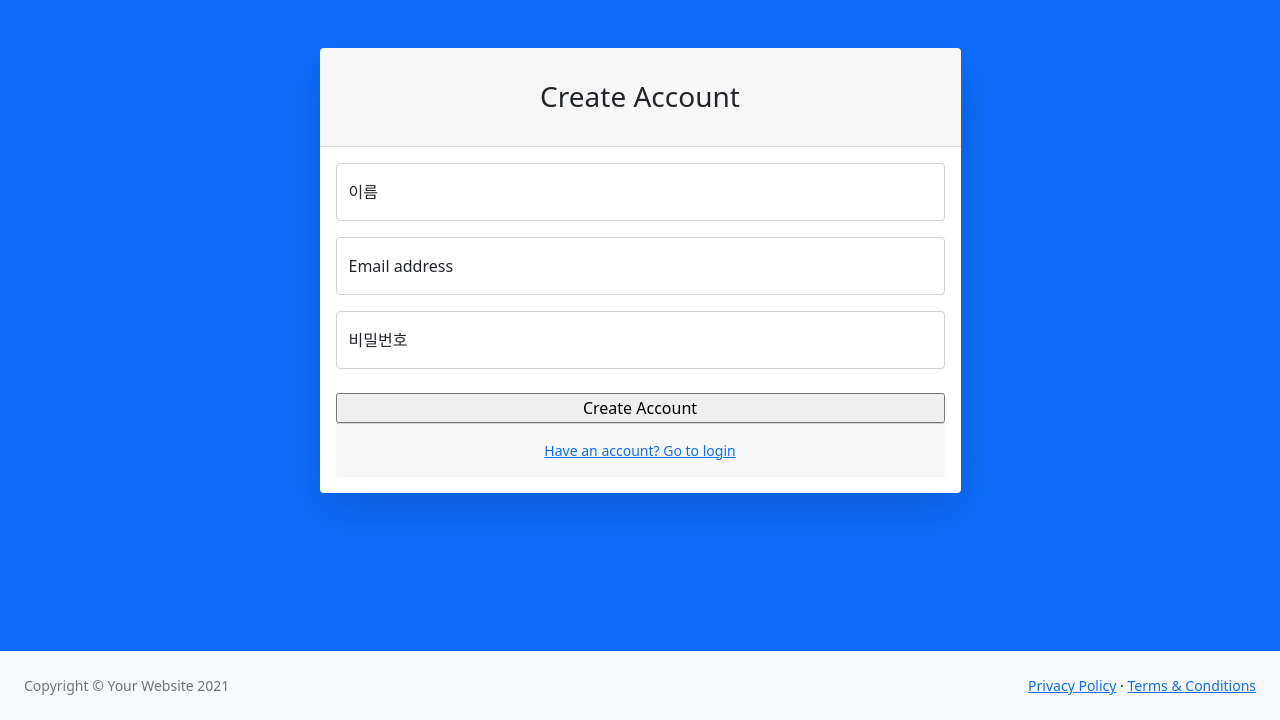
Repository: teq21/SDBSTOCK
Page: http://localhost/sdbstock/WEB-INF/view/user/register.jsp
The author's editor kept a copy of each file at every save. The page is drawn from the files as they stood at one save, then again after the next save.
The browser window is 1280 px wide. The pictures show the whole page.
The page is served by Tomcat 9. Nobody is signed in. Other server files are loaded and not shown. The template is opened directly, without the code that normally fills it, so the values that code supplies are empty.

Above is the page before, as saved 2021-06-15 11:17:05.

### sdbstock/WebContent/WEB-INF/view/user/register.jsp
<%@ page language="java" contentType="text/html; charset=UTF-8"
    pageEncoding="UTF-8"%>
<!DOCTYPE html>
<html>
  <head>
        <meta charset="utf-8" />
        <meta http-equiv="X-UA-Compatible" content="IE=edge" />
        <meta name="viewport" content="width=device-width, initial-scale=1, shrink-to-fit=no" />
        <meta name="description" content="" />
        <meta name="author" content="" />
        <title>Register - SB Admin</title>
        <link href="/css/styles.css" rel="stylesheet" />
        <script  src="http://code.jquery.com/jquery-latest.min.js"></script>
        <script src="https://cdnjs.cloudflare.com/ajax/libs/font-awesome/5.15.3/js/all.min.js" crossorigin="anonymous"></script>
        <script type="text/javascript">
        function doRegUserCheck() {

    		var user_name = document.getElementById('user_name');
    		var password = document.getElementById('password');
    		var password = document.getElementById('email');
    		if (email.value == "") {
    			alert("이메일을 입력 하십시오.");
    			email.focus();
    			return false;
    		}

    		if (user_name.value == "") {
    			alert("이름을 입력 하십시오.");
    			user_name.focus();
    			return false;
    		}
    		if (password.value == "") {
    			alert("비밀번호를 입력 하십시오.");
    			password.focus();
    			return false;
    		}

    		if (email.value != "" && user_name.value != "" && password.value != "" ) {
    			var registerForm = document.registerForm;
    			registerForm.submit();
    		}
    	}





        </script>
    </head>
    <body class="bg-primary">
        <div id="layoutAuthentication">
            <div id="layoutAuthentication_content">
                <main>
                    <div class="container">
                        <div class="row justify-content-center">
                            <div class="col-lg-7">
                                <div class="card shadow-lg border-0 rounded-lg mt-5">
                                    <div class="card-header"><h3 class="text-center font-weight-light my-4">Create Account</h3></div>
                                    <div class="card-body">
                                        <form name="registerForm" action="/register_logic.do" method="post">
                                            <div class="row mb-3">
                                                <div class="col-md-12">
                                                    <div class="form-floating mb-3 mb-md-0">
                                                        <input class="form-control" id="inputFirstName" name="user_name" type="text" placeholder="이름을 입력하세요" />
                                                        <label for="inputFirstName">이름</label>
                                                    </div>
                                                </div>

                                            </div>
                                            <div class="form-floating mb-3">
                                                <input class="form-control" name="email" id="inputEmail" type="email" placeholder="이메일을 입력하세요" />
                                                <label for="inputEmail">Email address</label>
                                            </div>
                                            <div class="row mb-3">
                                                <div class="col-md-12">
                                                    <div class="form-floating mb-3 mb-md-0">
                                                        <input class="form-control" name="password" id="inputPassword" type="password" placeholder="비밀번호를 입력하세요" />
                                                        <label for="inputPassword">비밀번호</label>
                                                    </div>
                                                </div>

                                            </div>
                                            <div class="mt-4 mb-0">
                                                <div class="d-grid">
                                                <input type="submit" value="Create Account">
                                            </div>
                                        </form>
                                    </div>
                                    <div class="card-footer text-center py-3">
                                        <div class="small"><a href="login.html">Have an account? Go to login</a></div>
                                    </div>
                                </div>
                            </div>
                        </div>
                    </div>
                </main>
            </div>
            <div id="layoutAuthentication_footer">
                <footer class="py-4 bg-light mt-auto">
                    <div class="container-fluid px-4">
                        <div class="d-flex align-items-center justify-content-between small">
                            <div class="text-muted">Copyright &copy; Your Website 2021</div>
                            <div>
                                <a href="#">Privacy Policy</a>
                                &middot;
                                <a href="#">Terms &amp; Conditions</a>
                            </div>
                        </div>
                    </div>
                </footer>
            </div>
        </div>
        <script src="https://cdn.jsdelivr.net/npm/bootstrap@5.0.1/dist/js/bootstrap.bundle.min.js" crossorigin="anonymous"></script>
        <script src="/js/scripts.js"></script>
    </body>
</html>

### sdbstock/WebContent/js/scripts.js
/*!
    * Start Bootstrap - SB Admin v7.0.0 (https://startbootstrap.com/template/sb-admin)
    * Copyright 2013-2021 Start Bootstrap
    * Licensed under MIT (https://github.com/StartBootstrap/startbootstrap-sb-admin/blob/master/LICENSE)
    */
    //
// Scripts
//

window.addEventListener('DOMContentLoaded', event => {

    // Toggle the side navigation
    const sidebarToggle = document.body.querySelector('#sidebarToggle');
    if (sidebarToggle) {
        // Uncomment Below to persist sidebar toggle between refreshes
        // if (localStorage.getItem('sb|sidebar-toggle') === 'true') {
        //     document.body.classList.toggle('sb-sidenav-toggled');
        // }
        sidebarToggle.addEventListener('click', event => {
            event.preventDefault();
            document.body.classList.toggle('sb-sidenav-toggled');
            localStorage.setItem('sb|sidebar-toggle', document.body.classList.contains('sb-sidenav-toggled'));
        });
    }

});

Loaded but not shown: sdbstock/WebContent/css/styles.css (library)

After the next save:
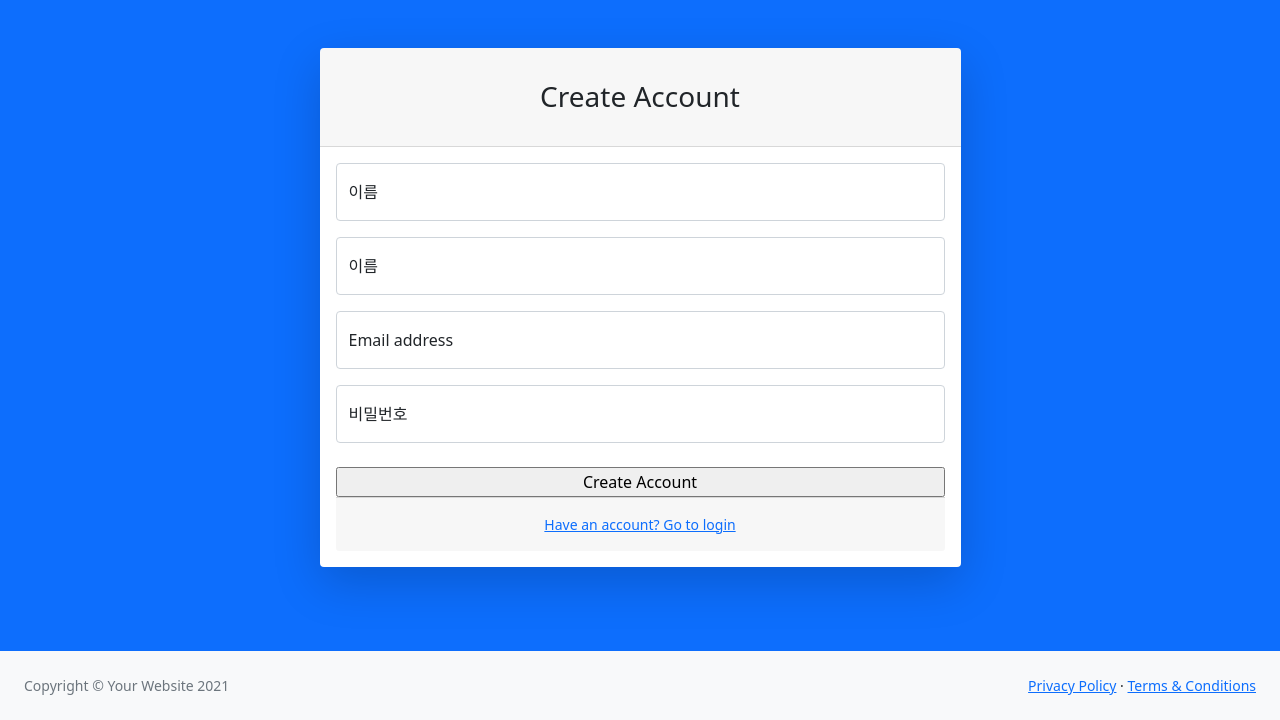
Saved 5 min 16 s later.
--- a/sdbstock/WebContent/WEB-INF/view/user/register.jsp
+++ b/sdbstock/WebContent/WEB-INF/view/user/register.jsp
@@ -58,6 +58,15 @@
                                     <div class="card-header"><h3 class="text-center font-weight-light my-4">Create Account</h3></div>
                                     <div class="card-body">
                                         <form name="registerForm" action="/register_logic.do" method="post">
+                                         <div class="row mb-3">
+                                                <div class="col-md-12">
+                                                    <div class="form-floating mb-3 mb-md-0">
+                                                        <input class="form-control" id="inputFirstName" name="user_id" type="text" placeholder="이름을 입력하세요" />
+                                                        <label for="inputFirstName">이름</label>
+                                                    </div>
+                                                </div>
+
+                                            </div>
                                             <div class="row mb-3">
                                                 <div class="col-md-12">
                                                     <div class="form-floating mb-3 mb-md-0">
